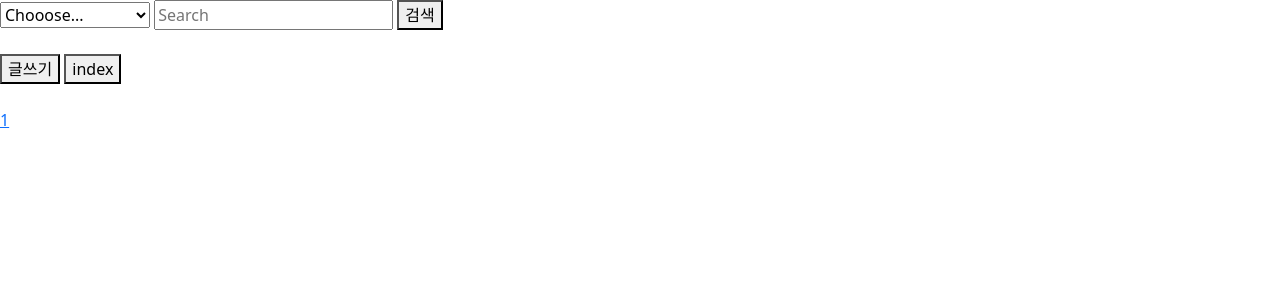
Repository: MrSeung/jsp_board
Page: http://localhost/jsp_project/board/list.jsp
The author's editor kept a copy of each file at every save. The page is drawn from the files as they stood at one save, then again after the next save.
The browser window is 1280 px wide. The pictures show the whole page.
The page is served by Tomcat 9. The template is opened directly, without the code that normally fills it, so the values that code supplies are empty.

Above is the page before, as saved 2023-06-01 04:59:32.

After the next save:
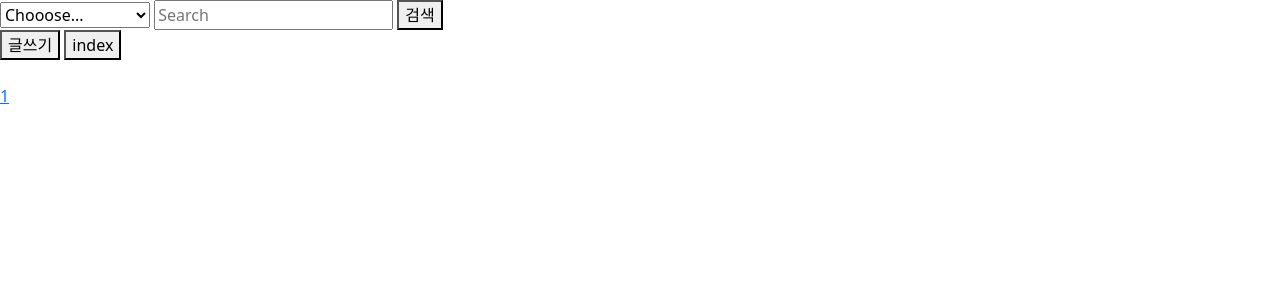
Saved 41 s later.
--- a/jsp_project/src/main/webapp/board/list.jsp
+++ b/jsp_project/src/main/webapp/board/list.jsp
@@ -19,6 +19,9 @@
 		.card{
 			display: inline-block;
 			margin: 30px;
+		}
+		form{
+		display: inline-block;
 		}
 	</style>
 

After the save that followed:
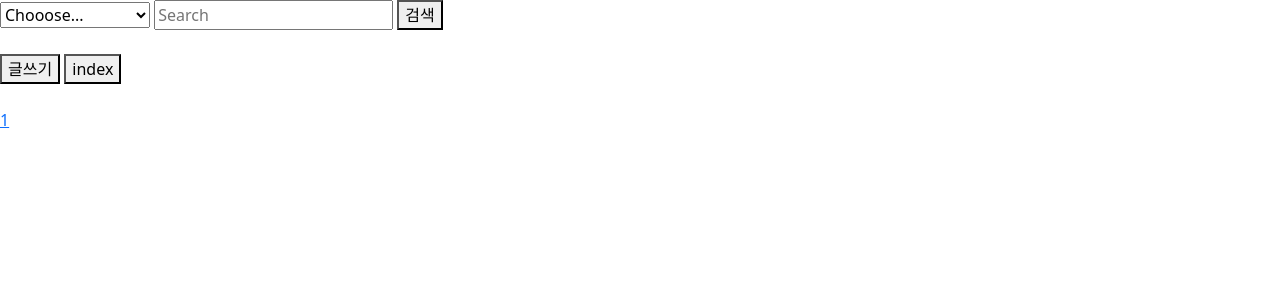
Saved 23 s later.
--- a/jsp_project/src/main/webapp/board/list.jsp
+++ b/jsp_project/src/main/webapp/board/list.jsp
@@ -19,9 +19,6 @@
 		.card{
 			display: inline-block;
 			margin: 30px;
-		}
-		form{
-		display: inline-block;
 		}
 	</style>
 
